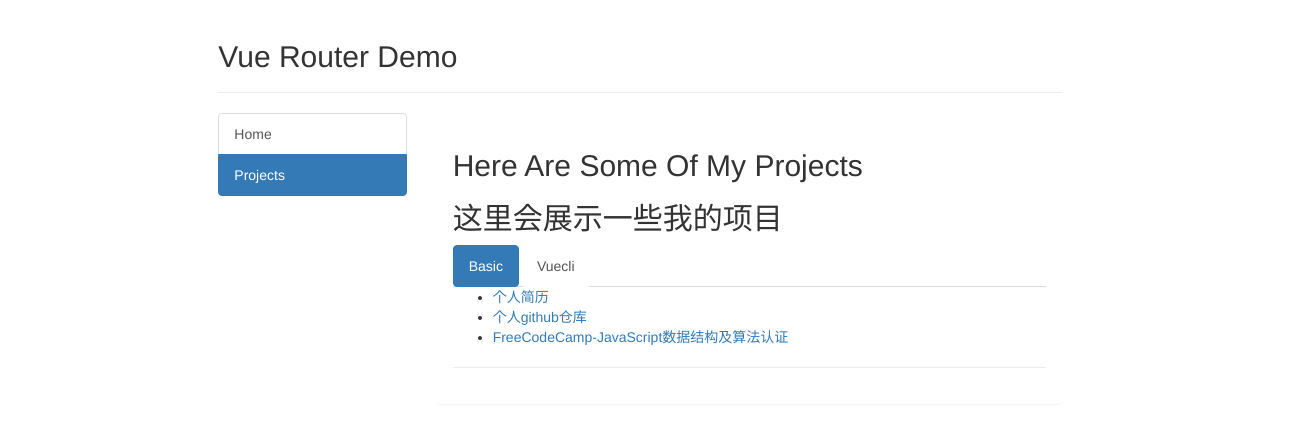
Repository: WAY-C/JSCodes
Page: /#/projects/basic (app in Vue/25路由案例/count/)
These files come from the project's save history. The page is drawn as it stood at one moment and after the next save; the edit follows.
The browser window is 1280 px wide. The page is 1295 px wide, then 1280 px, then 1295 px, so the pictures cover 1295 px, including what lies to the right of the window. The pictures show the whole page.
The project was rebuilt for these pictures with package versions that can differ from the ones it lists, and the page was loaded fresh each time. Also part of the build but not shown: Vue/25路由案例/count/src/pages/Vuecli.vue, Vue/25路由案例/count/src/pages/Detail.vue.

Above is the page before, as saved 2021-10-06 21:24:44.

After the next save:
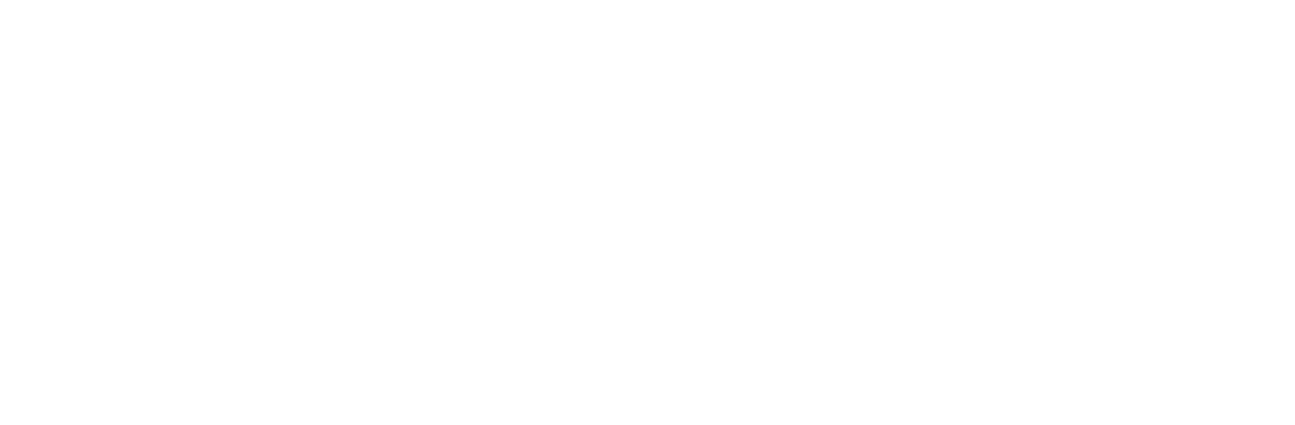
Console error: ReferenceError: replaceShow is not defined
Saved 33 s later.
--- a/Vue/25路由案例/count/src/pages/Basic.vue
+++ b/Vue/25路由案例/count/src/pages/Basic.vue
@@ -14,6 +14,8 @@
         >
           {{ e.content }}
         </router-link>
+        <button @click="pushShow(e)">push查看</button>
+        <button @click="replaceShow(e)">replace查看</button>
       </li>
     </ul>
     <hr />
@@ -41,6 +43,19 @@
       ],
     };
   },
+  methods: {
+    pushShow(e) {
+      this.$router.push({
+        name: "DETAIL",
+        query: {
+          id: e.id,
+          content: e.content,
+          url: e.url,
+        },
+      });
+    },
+    replaceShow,
+  },
 };
 </script>
 

After the save that followed:
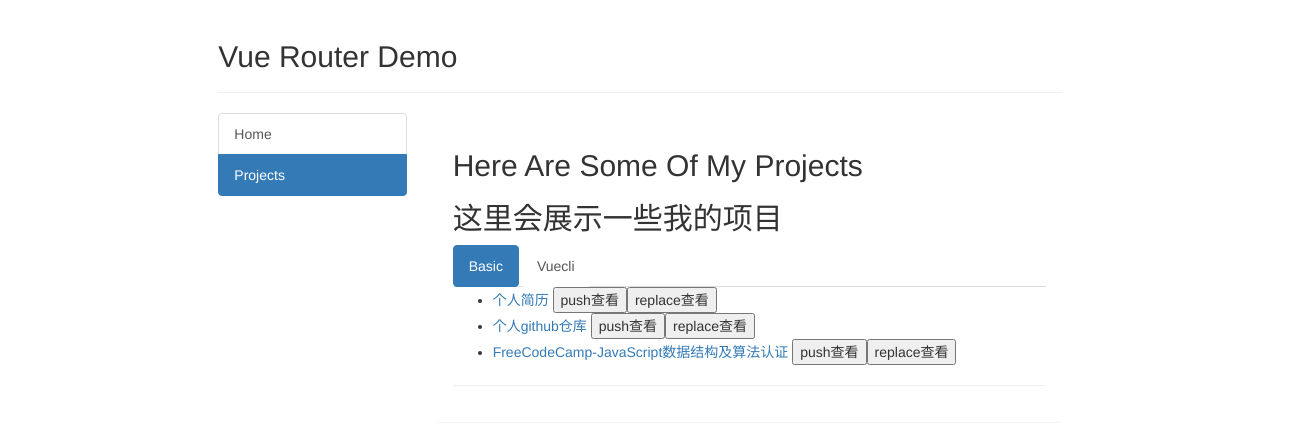
The error is gone.
Saved 23 s later.
--- a/Vue/25路由案例/count/src/pages/Basic.vue
+++ b/Vue/25路由案例/count/src/pages/Basic.vue
@@ -54,7 +54,16 @@
         },
       });
     },
-    replaceShow,
+    replaceShow(e) {
+      this.$router.replace({
+        name: "DETAIL",
+        query: {
+          id: e.id,
+          content: e.content,
+          url: e.url,
+        },
+      });
+    },
   },
 };
 </script>
